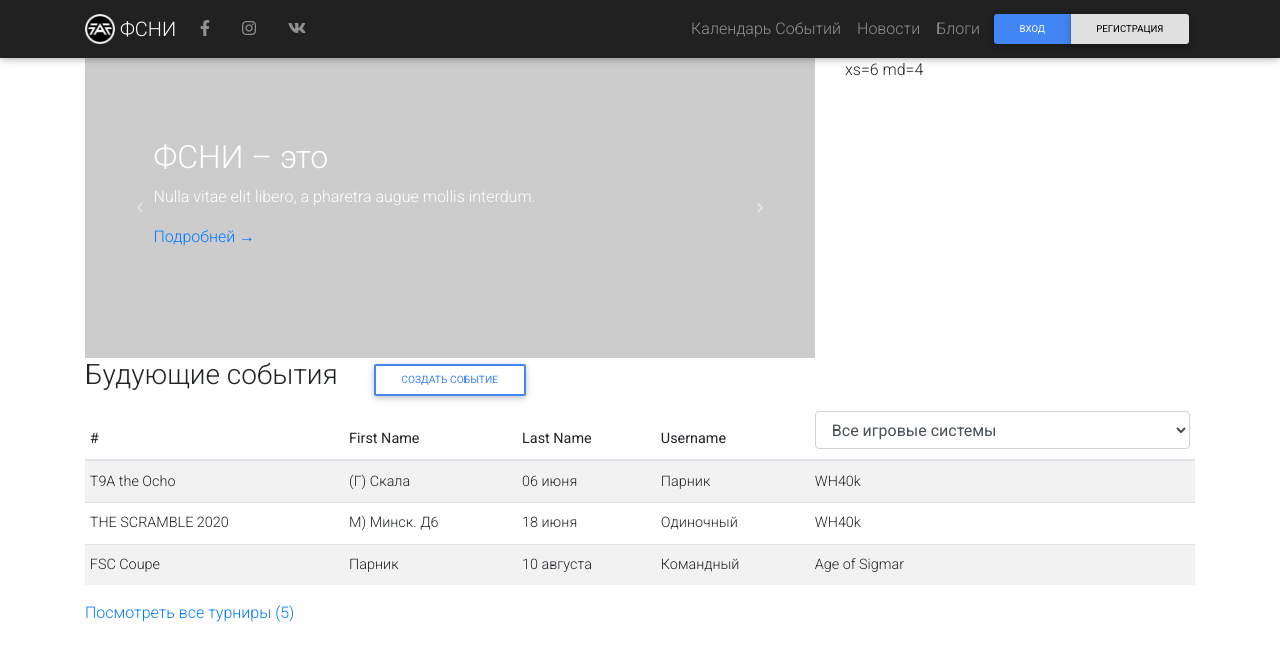
Repository: alexey1986/fsni_test
Page: /
An editor plug-in stored every save of this project. The page is shown before and after the next save, followed by the edit.
The browser window is 1280 px wide. The pictures show the whole page.
The project was rebuilt for these pictures with package versions that can differ from the ones it lists, and the page was loaded fresh each time. Also part of the build but not shown: src/pages/calendar.jsx, src/pages/news.jsx, src/pages/blogs.jsx.

Above is the page before, as saved 2020-08-29 10:34:03.

After the next save:
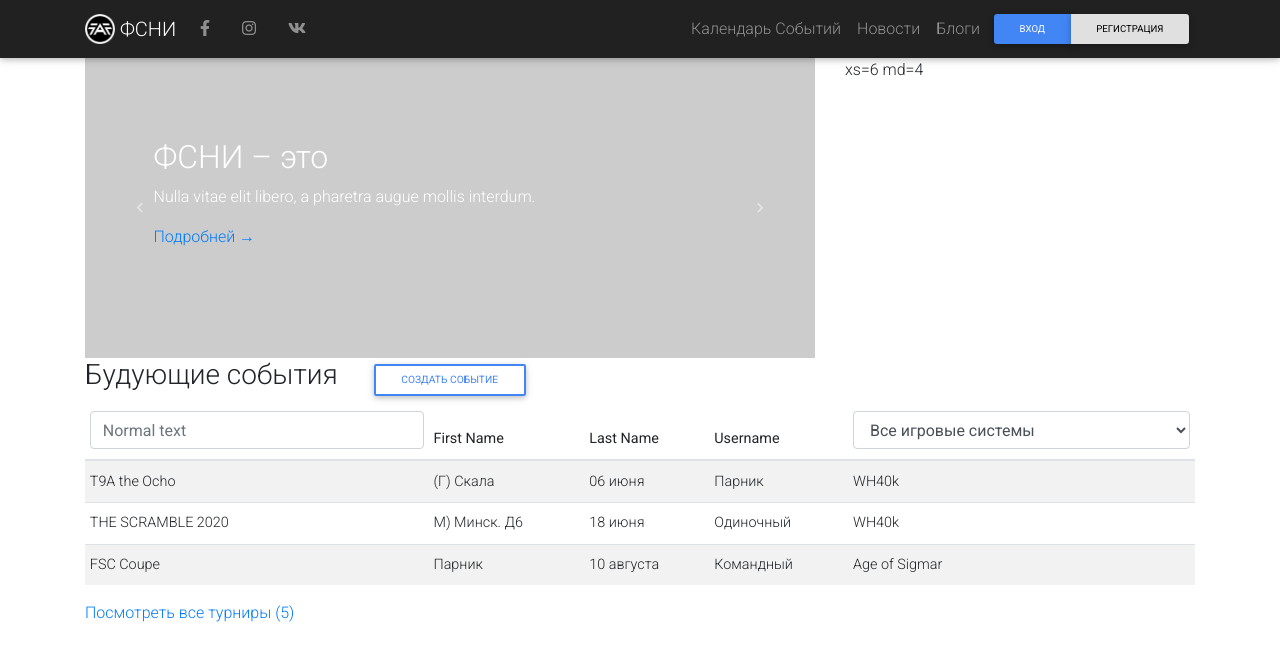
Saved 78 s later.
--- a/src/pages/home.jsx
+++ b/src/pages/home.jsx
@@ -32,7 +32,9 @@
                 <Table responsive striped hover size="sm">
                     <thead>
                         <tr>
-                            <th>#</th>
+                            <th>
+                                <Form.Control type="text" placeholder="Normal text" />
+                            </th>
                             <th>First Name</th>
                             <th>Last Name</th>
                             <th>Username</th>
